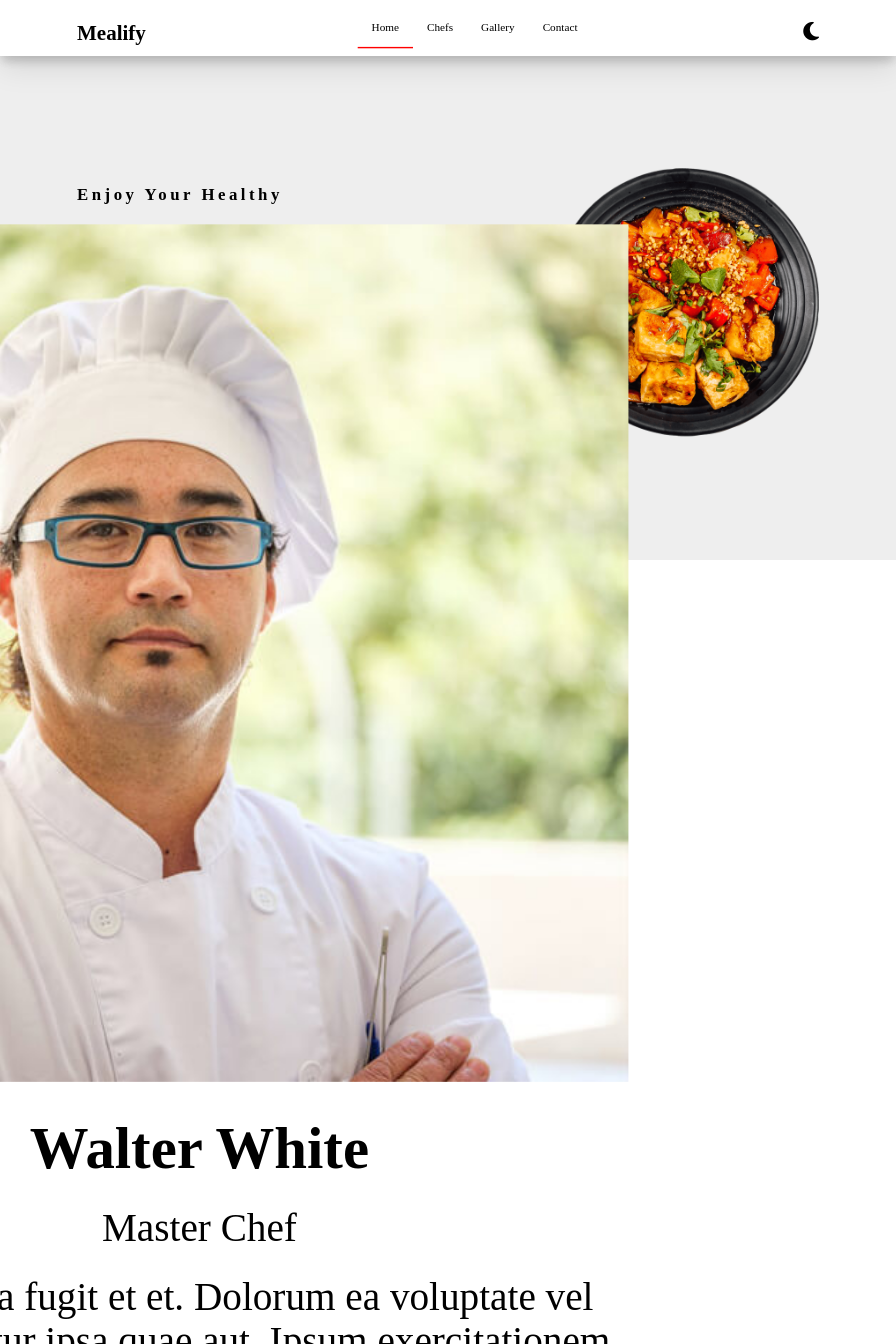
Repository: Ahmedalid/New-project
Page: Rout/index.html
These files come from the project's save history. The page is drawn as it stood at one moment and after a run of saves; the edit follows.
The browser window is 1280 px wide. The pictures show the part of the page from y = 0 to 1920 px (the page is 5000 px tall), at 70% of full size.
The pointer rests on the first visible `.card-img`.

Above is the page before, as saved 2023-06-08 11:06:43.

### Rout/index.html
<!DOCTYPE html>
<html lang="en">

<head>
    <meta charset="UTF-8">
    <meta http-equiv="X-UA-Compatible" content="IE=edge">
    <meta name="viewport" content="width=device-width, initial-scale=1.0">
    <link rel="stylesheet" href="https://cdnjs.cloudflare.com/ajax/libs/font-awesome/6.4.0/css/all.min.css">
    <link rel="stylesheet" href="css/style.css">
    <title>Document</title>
</head>

<body>
    <!-- Start NavBar -->
    <nav>
        <div class="div-nav">
            <div class="nav-logo">
                <h1>Mealify</h1>
            </div>
            <div class="nav-item">
                <ul>
                    <li><a href="default.asp" class="home-actiev">Home</a></li>
                    <li><a href="" class="text-color">Chefs</a></li>
                    <li><a href="" class="text-color">Gallery</a></li>
                    <li><a href="" class="text-color">Contact</a></li>
                </ul>
            </div>
            <div class="nav-icon">
                <span><i class="fa-solid fa-moon"></i></span>
            </div>
        </div>
    </nav>
    <!-- End NavBar -->

    <!-- Start Header -->
    <header>
        <div class="div-header">
            <div class="content-header container">
                <h2 class="mt li">Enjoy Your Healthy</h2>
                <h2 class="mt li">Delicious Food</h2>
                <p class="mt text-color">Sed autem laudantium dolores. Voluptatem itaque ea consequatur eveniet.
                    Eum quas beatae cumque eum quaerat.</p>
                <div class="d-flex">
                    <button class="btn-Boolatable">Bool a Table</button>
                    <div class="d-flex mt  ">
                        <a href="" class="icone-headphones"> <span class="headphones d-center"> <i
                                    class="fa-solid fa-headphones "></i></span> </a>
                        <span class="Video">Watch a Video</span>
                    </div>
                </div>
            </div>
            <div class="content-header container">
                <div class="img-header ">
                    <img src="img/hero-img.png" alt="">
                </div>
            </div>
        </div>
    </header>
    <!-- End Header -->
    <section class="container">
        <p class="text-center text-color mt">CHEFS</p>
        <h5 class="li text-center our-section mt">
            Our
            <span class="text-color">Proffesional</span>
            Chefs
        </h5>
        <!-- Card And Img -->
        <div class="mt card-img">
            <div class="">
                <img src="img/chefs-3.jpg" alt="">
                <h2 class="text-center mt-1">Walter White </h5>
                <p class="text-center mt-1">Master Chef</p>
                <p class="text-center mt-1">
                    Velit aut quia fugit et et. Dolorum ea voluptate vel
                     tempore tenetur ipsa quae aut. Ipsum
                    exercitationem iure minima enim corporis et voluptate.
                </p>

            </div>
        </div>
    </section>
</body>

</html>

### Rout/css/style.css
*{
    margin: 0;
    padding: 0;
    box-sizing: border-box;
}
body{
    height: 5000px;
}
nav{
    box-shadow: 0px 16px 43px 0px rgba(0,0,0,0.1),0px 10px 15px -3px rgba(0,0,0,0.1),0px 10px 15px -3px rgba(0,0,0,0.1);
       height: 80px;
       position: sticky;
       top: 0;
       left: 0;
       overflow: auto;
       background-color: white;
}
.div-nav{
     margin: auto 110px;
    display: flex;
   margin-top: 30px;
    justify-content: space-between;
}
.container{
    margin: auto 110px;
}
.nav-item ul li{
    list-style: none;

    width: 100%;

}
.nav-item ul li a{
     text-decoration: none;
     color: black;
     padding: 20px;
     outline: none;
     transition: 0.5;
     font-weight: 400;
}
.nav-item ul li a:hover{
    border-bottom: 2px solid red;
}
.nav-item ul {
          display: flex;
    justify-content: space-between;

}
.nav-logo h1{
    font-weight: bold;
    font-size: 30px;
}
.home-actiev{
    border-bottom: 2px solid red;
    font-weight: bold;
}
.nav-icon span i{
    font-size: 30px;
}
/* End NavBar */
/* Start Header */
/* Start Header */
.div-header{
    display: flex;
}
header{
    background-color: #eeeeee;
    overflow: auto;
    height: 100vh;
}
.content-header{
  margin-top: 160px;
}
img{
    width: 100%;
}
.mt{
    margin-top: 25px;
}
.li{
    letter-spacing: 5px;
}
.text-color{
    color: #7f7f90;
}
.d-flex{
    display: flex;
}
.btn-Boolatable{
    border: none;
    outline: none;
    background-color: red;
    color: white;
    padding: 10px;
    border-radius: 10px;
    margin-top: 30px;
}
.headphones{
    background-color: white;
    border-radius: 50%;
    width: 50px;
    height: 50px;
    border: 5px solid red;
    margin-left: 50px;
    cursor: pointer;
}
.d-center{
    display: flex;
    justify-content: center;
    align-items: center;
}
.Video{
    margin-top: 20px;
    margin-left: 20px;
    font-weight: bold;
    cursor: pointer;
    transition: 0.5s;
}
.Video:hover{
    color: red;
}
.icone-headphones{
    color: black;
    list-style: none;
}

.text-center{
    text-align: center;
    /* margin-top: 50px; */
}
.text-color{
    color: red;
}
.our-section{
    font-size: 27px;
}
.card-img{
    width: 33%;
    display: inline-block;
    transition: 0.5s;
}
.mt-1{
    margin-top: 10px;
}
.card-img h4{
    font-weight:bold;
}
.card-img:hover{
    transform: scale(3.5 , 3.5);
    cursor: pointer;
    transition: 0.5s;
}

After the next 2 saves:
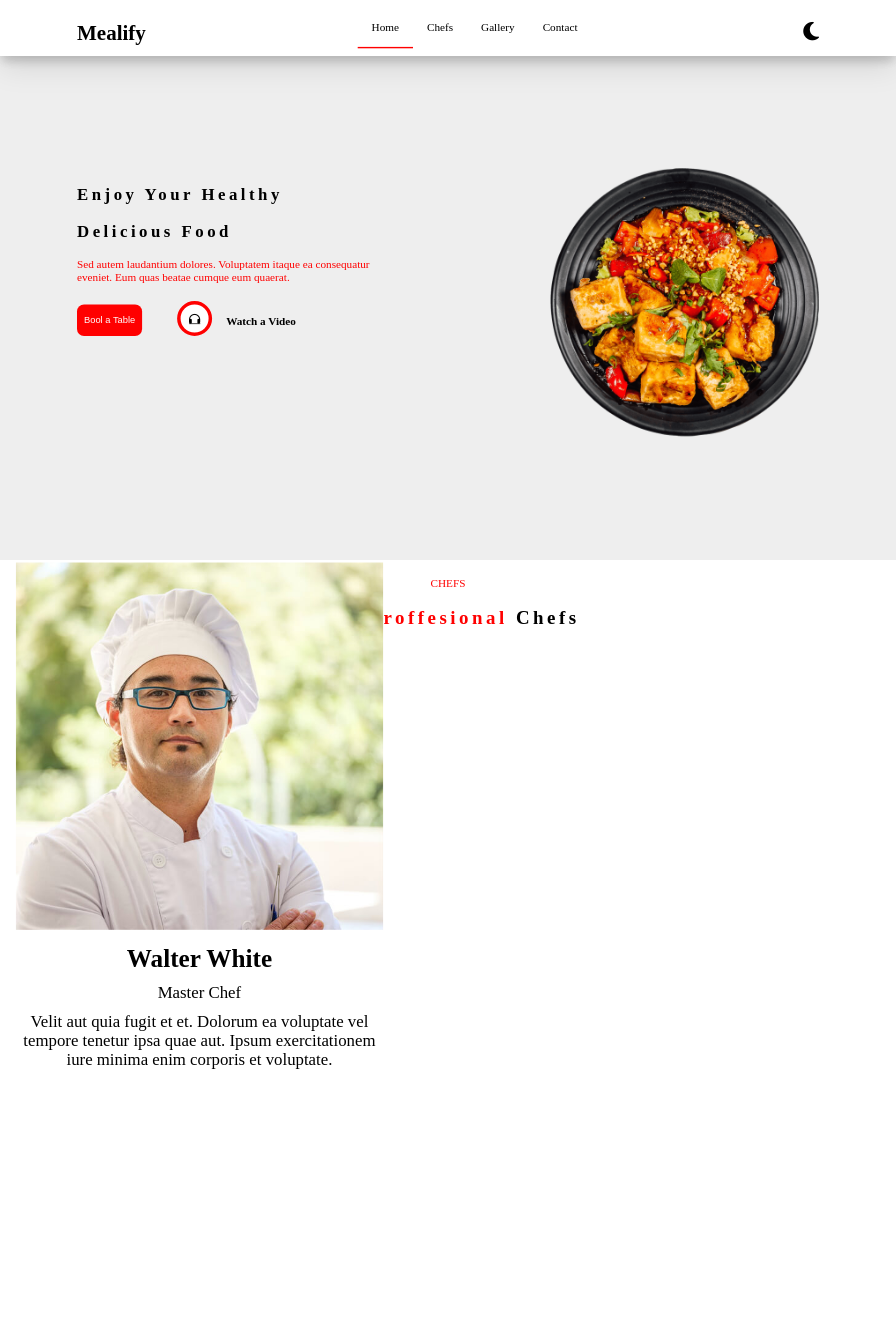
The 2 saves are shown as one change because they came seconds apart.
The last was saved 9 s later.
--- a/Rout/css/style.css
+++ b/Rout/css/style.css
@@ -146,7 +146,7 @@ img{
     font-weight:bold;
 }
 .card-img:hover{
-    transform: scale(3.5 , 3.5);
+    transform: scale(1.5 , 1.5);
     cursor: pointer;
     transition: 0.5s;
 }
